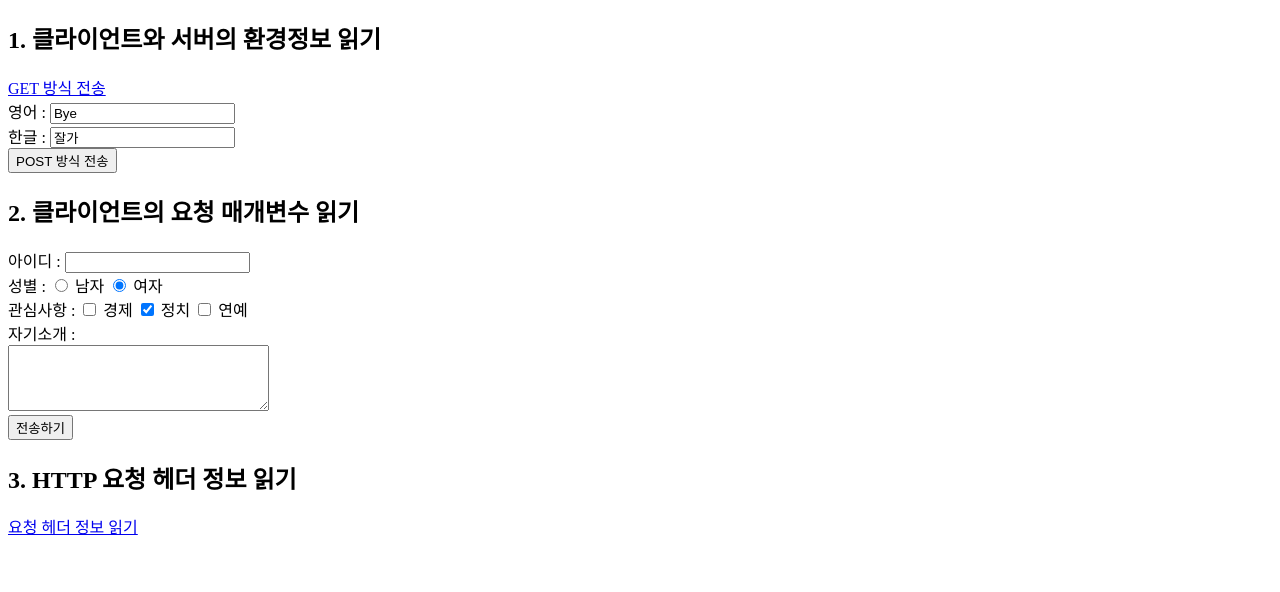
Repository: jungwoonAn/jsp_basic
Page: http://localhost/MustHaveJSP/02_ImplicitObject/RequestMain.jsp
An editor plug-in stored every save of this project. The page is shown before and after the next save, followed by the edit.
The browser window is 1280 px wide. The pictures show the whole page.
The page is served by Tomcat 10.

Above is the page before, as saved 2024-10-16 08:37:32.

After the next save:
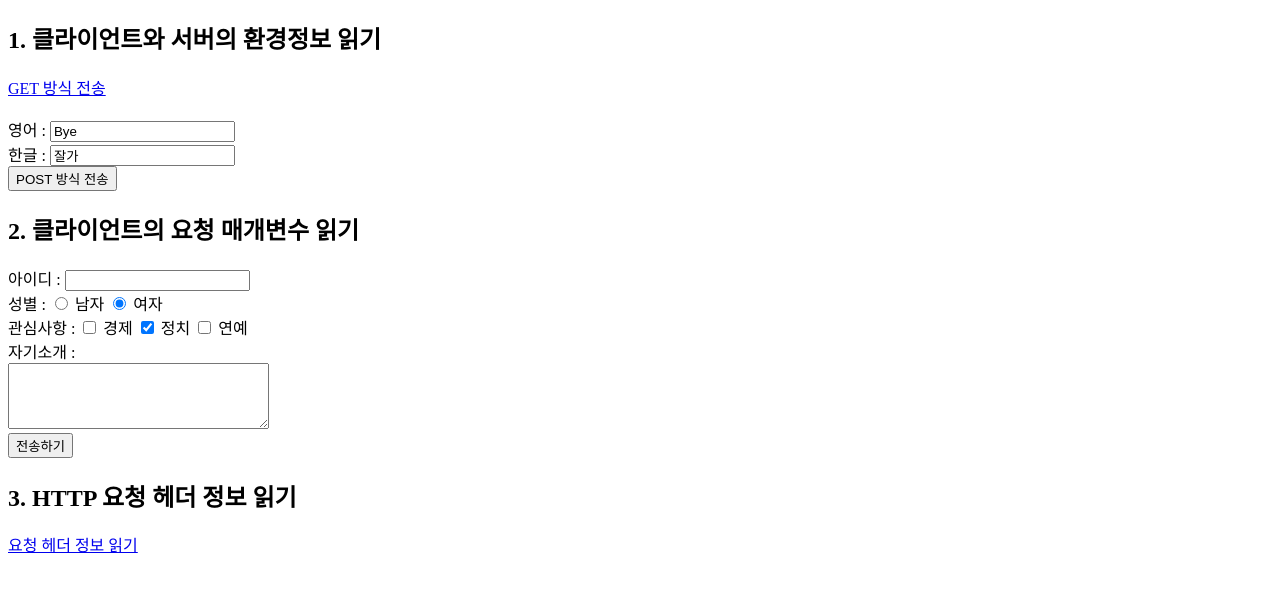
Saved 24 s later.
--- a/MustHaveJSP/src/main/webapp/02_ImplicitObject/RequestMain.jsp
+++ b/MustHaveJSP/src/main/webapp/02_ImplicitObject/RequestMain.jsp
@@ -9,7 +9,7 @@
 <body>
 	<h2>1. 클라이언트와 서버의 환경정보 읽기</h2>
 	<!-- GET 방식으로 요청 -->
-	<a href="./RequestWebInfo.jsp?eng=Hello&kor=안녕">GET 방식 전송</a><br>
+	<a href="./RequestWebInfo.jsp?eng=Hello&kor=안녕">GET 방식 전송</a><br><br>
 
 	<!-- POST 방식으로 요청 -->
 	<form action="RequestWebInfo.jsp" method="post">
